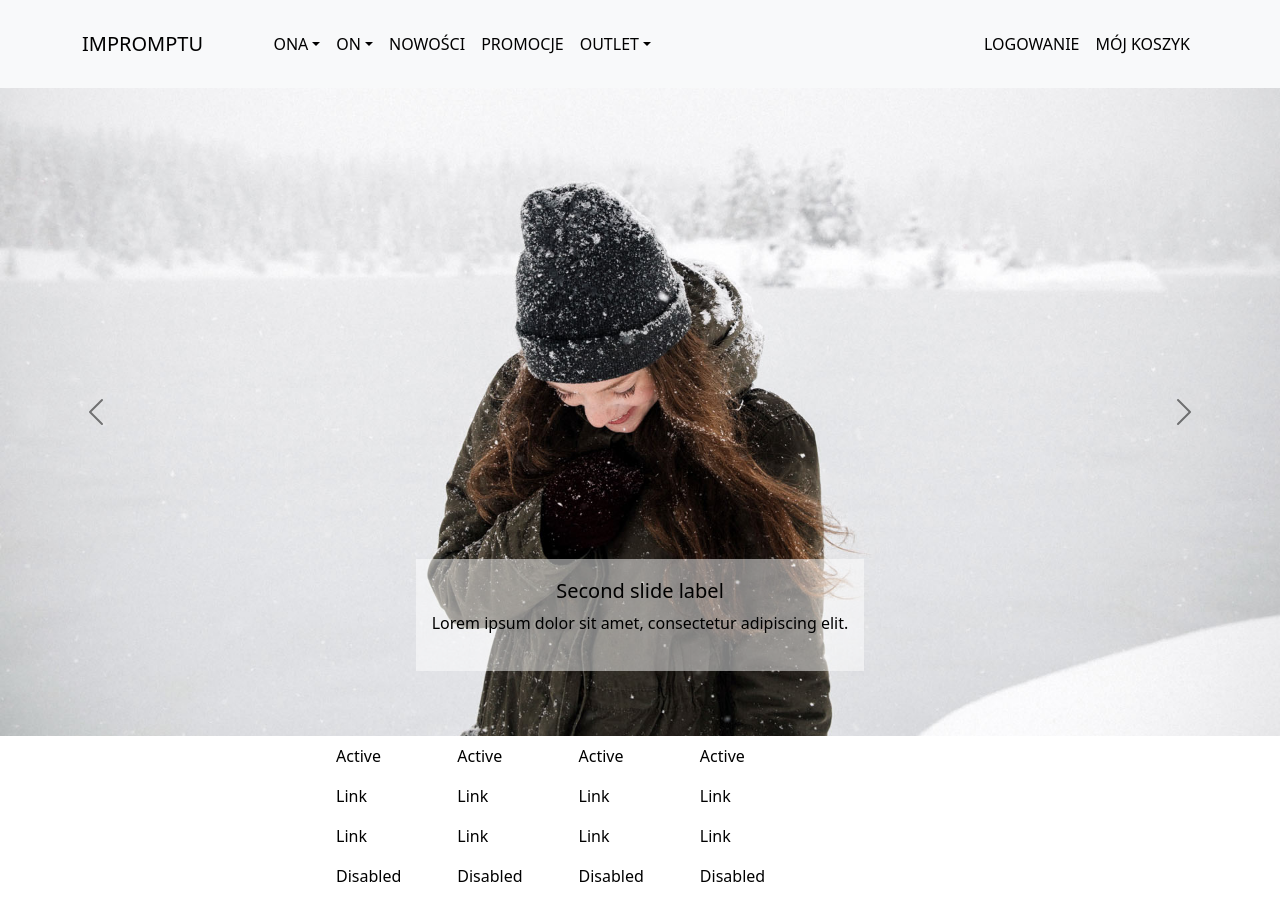
Repository: michalgornicki/Impromptu
Page: /
The author's editor kept a copy of each file at every save. The page is drawn from the files as they stood at one save, then again after the next save.
The browser window is 1280 px wide. The pictures show the whole page.
The project was rebuilt for these pictures with package versions that can differ from the ones it lists, and the page was loaded fresh each time.

Above is the page before, as saved 2021-12-23 13:29:02.

### src/App.jsx
import React from "react";
import "./App.css";
import "bootstrap/dist/css/bootstrap.min.css";
import Container from "react-bootstrap/Container";
import Navbar from "react-bootstrap/Navbar";
import Nav from "react-bootstrap/Nav";
import NavDropdown from "react-bootstrap/NavDropdown";
import Carousel from "react-bootstrap/Carousel";
import Row from "react-bootstrap/Row";
import Col from "react-bootstrap/Col";
import photo1 from "./1.jpg";
import photo2 from "./2.jpg";
import photo3 from "./3.jpg";
import photo4 from "./4.jpg";
import photo5 from "./5.jpg";

function App() {
  return (
    <p>
      <Navbar
        collapseOnSelect
        expand="lg"
        bg="light"
        variant="light"
        className="py-4 display-7 text-dark"
      >
        <Container>
          <Navbar.Brand href="#home" className="w-15">IMPROMPTU</Navbar.Brand>
          <Navbar.Toggle aria-controls="responsive-navbar-nav" />
          <Navbar.Collapse id="responsive-navbar-nav">
            <Nav className="me-auto">
              <NavDropdown title="ONA" id="collasible-nav-dropdown">
                <NavDropdown.Item href="#action/3.1">Action</NavDropdown.Item>
                <NavDropdown.Item href="#action/3.2">
                  Another action
                </NavDropdown.Item>
                <NavDropdown.Item href="#action/3.3">
                  Something
                </NavDropdown.Item>
                <NavDropdown.Divider />
                <NavDropdown.Item href="#action/3.4">
                  Separated link
                </NavDropdown.Item>
              </NavDropdown>
              <NavDropdown title="ON" id="collasible-nav-dropdown">
                <NavDropdown.Item href="#action/3.1">Action</NavDropdown.Item>
                <NavDropdown.Item href="#action/3.2">
                  Another action
                </NavDropdown.Item>
                <NavDropdown.Item href="#action/3.3">
                  Something
                </NavDropdown.Item>
                <NavDropdown.Divider />
                <NavDropdown.Item href="#action/3.4">
                  Separated link
                </NavDropdown.Item>
              </NavDropdown>
              <Nav.Link href="#pricing">NOWOŚCI</Nav.Link>
              <Nav.Link href="#pricing">PROMOCJE</Nav.Link>
              <NavDropdown title="OUTLET" id="collasible-nav-dropdown">
                <div className="flex flex-column">
                  <div className="container">
                <NavDropdown.Item href="#action/3.1">Action</NavDropdown.Item>
                <NavDropdown.Item href="#action/3.2">
                  Another action
                </NavDropdown.Item>
                <NavDropdown.Item href="#action/3.3">
                  Something
                </NavDropdown.Item>
                <NavDropdown.Divider />
                <NavDropdown.Item href="#action/3.4">
                  Separated link
                </NavDropdown.Item>
                </div>
                <div className="container">
                <NavDropdown.Item href="#action/3.1">Action</NavDropdown.Item>
                <NavDropdown.Item href="#action/3.2">
                  Another action
                </NavDropdown.Item>
                <NavDropdown.Item href="#action/3.3">
                  Something
                </NavDropdown.Item>
                <NavDropdown.Divider />
                <NavDropdown.Item href="#action/3.4">
                  Separated link
                </NavDropdown.Item>
                </div>
                </div>
              </NavDropdown>
            </Nav>
            <Nav>
              <Nav.Link href="#deets">LOGOWANIE</Nav.Link>
              <Nav.Link href="#memes">MÓJ KOSZYK</Nav.Link>
            </Nav>
          </Navbar.Collapse>
        </Container>
      </Navbar>

      <Carousel variant="dark" indicators={false}>
  <Carousel.Item>
    <img
      className="d-block w-100"
      src={photo1}
      alt="First slide"
    />
    <Carousel.Caption>
      <h5>First slide label</h5>
      <p>Nulla vitae elit libero, a pharetra augue mollis interdum.</p>
    </Carousel.Caption>
  </Carousel.Item>
  <Carousel.Item>
    <img
      className="d-block w-100"
      src={photo2}
      alt="Second slide"
    />
    <Carousel.Caption>
      <h5>Second slide label</h5>
      <p>Lorem ipsum dolor sit amet, consectetur adipiscing elit.</p>
    </Carousel.Caption>
  </Carousel.Item>
  <Carousel.Item>
    <img
      className="d-block w-100"
      src={photo3}
      alt="Third slide"
    />
    <Carousel.Caption>
      <h5>Third slide label</h5>
      <p>Praesent commodo cursus magna, vel scelerisque nisl consectetur.</p>
    </Carousel.Caption>
  </Carousel.Item>
  <Carousel.Item>
    <img
      className="d-block w-100"
      src={photo4}
      alt="Third slide"
    />
    <Carousel.Caption>
      <h5>Third slide label</h5>
      <p>Praesent commodo cursus magna, vel scelerisque nisl consectetur.</p>
    </Carousel.Caption>
  </Carousel.Item>
  <Carousel.Item>
    <img
      className="d-block w-100"
      src={photo5}
      alt="Third slide"
    />
    <Carousel.Caption>
      <h5>Third slide label</h5>
      <p>Praesent commodo cursus magna, vel scelerisque nisl consectetur.</p>
    </Carousel.Caption>
  </Carousel.Item>
</Carousel>


<Nav
  activeKey="/home"
  className="w-50 m-auto"
>
  <Row>
  <Col>
  <Nav.Item>
    <Nav.Link href="/home">Active</Nav.Link>
  </Nav.Item>
  <Nav.Item>
    <Nav.Link eventKey="link-1">Link</Nav.Link>
  </Nav.Item>
  <Nav.Item>
    <Nav.Link eventKey="link-2">Link</Nav.Link>
  </Nav.Item>
  <Nav.Item>
    <Nav.Link eventKey="disabled" disabled>
      Disabled
    </Nav.Link>
  </Nav.Item>
  </Col>
  <Col>
  <Nav.Item>
    <Nav.Link href="/home">Active</Nav.Link>
  </Nav.Item>
  <Nav.Item>
    <Nav.Link eventKey="link-1">Link</Nav.Link>
  </Nav.Item>
  <Nav.Item>
    <Nav.Link eventKey="link-2">Link</Nav.Link>
  </Nav.Item>
  <Nav.Item>
    <Nav.Link eventKey="disabled" disabled>
      Disabled
    </Nav.Link>
  </Nav.Item>
  </Col>
  <Col>
  <Nav.Item>
    <Nav.Link href="/home">Active</Nav.Link>
  </Nav.Item>
  <Nav.Item>
    <Nav.Link eventKey="link-1">Link</Nav.Link>
  </Nav.Item>
  <Nav.Item>
    <Nav.Link eventKey="link-2">Link</Nav.Link>
  </Nav.Item>
  <Nav.Item>
    <Nav.Link eventKey="disabled" disabled>
      Disabled
    </Nav.Link>
  </Nav.Item>
  </Col>
  <Col>
  <Nav.Item>
    <Nav.Link href="/home">Active</Nav.Link>
  </Nav.Item>
  <Nav.Item>
    <Nav.Link eventKey="link-1">Link</Nav.Link>
  </Nav.Item>
  <Nav.Item>
    <Nav.Link eventKey="link-2">Link</Nav.Link>
  </Nav.Item>
  <Nav.Item>
    <Nav.Link eventKey="disabled" disabled>
      Disabled
    </Nav.Link>
  </Nav.Item>
  </Col>
  </Row>
</Nav>


    </p>
  );
}

export default App;

### src/App.css
.w-15{
    width: 15%!important;
}

.display-7{
    font-size: 1rem;
}

.nav-link {
    color: black!important;
}

.carousel img {
    height: 90vh;
    object-fit: cover;
}

.carousel-caption{
    background-color: rgba(255, 255, 255, 0.5);
    bottom: 10%!important;
    width: 35%;
    margin: auto;
}

Loaded but not shown: public/index.html (common file); src/index.js (common file); src/index.css (common file); src/reportWebVitals.js (common file)

After the next save:
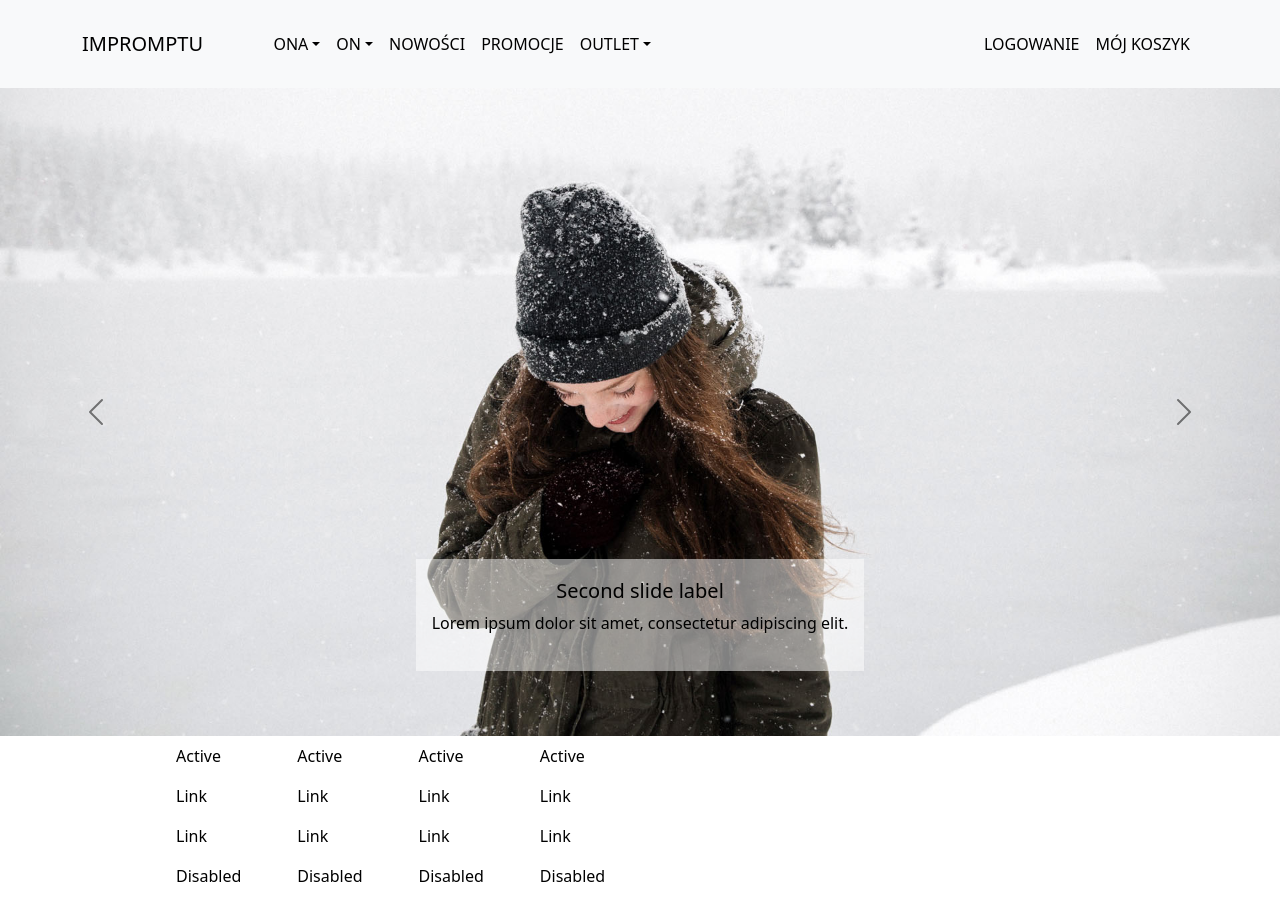
Saved 4 s later.
--- a/src/App.jsx
+++ b/src/App.jsx
@@ -157,7 +157,7 @@ function App() {
 
 <Nav
   activeKey="/home"
-  className="w-50 m-auto"
+  className="w-75 m-auto"
 >
   <Row>
   <Col>
